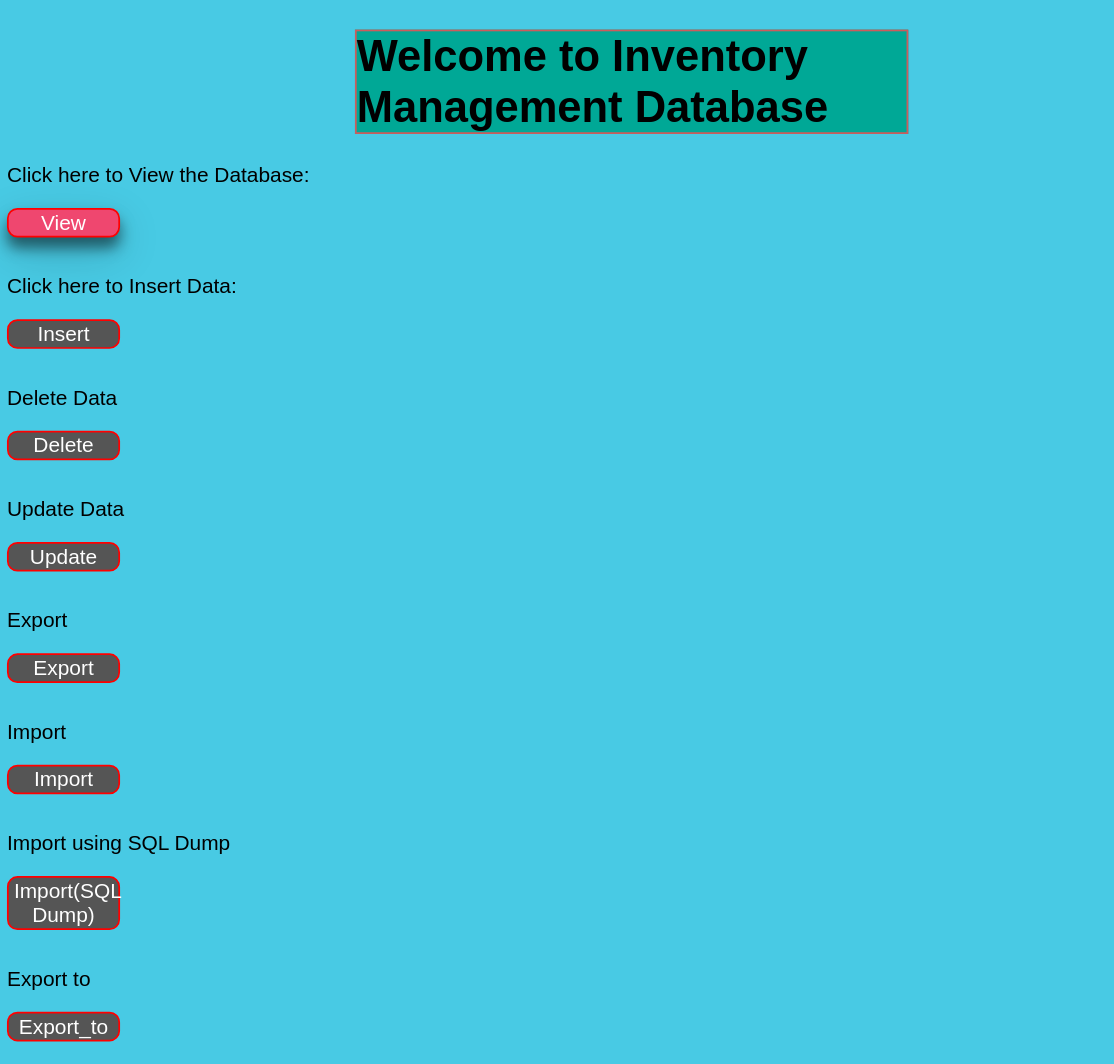
Repository: cyrusdwivedi2002/inventory-management-system
Page: DemoApp/src/main/webapp/Mainpage.html
These files come from the project's save history. The page is drawn as it stood at one moment and after the next save; the edit follows.
The browser window is 1280 px wide. The pictures show the whole page, at 87% of full size.
The pointer rests on the first visible `button`.
Some web fonts or font styles are not loaded; a fallback is used.

Above is the page before, as saved 2022-06-24 18:52:37.

After the next save:
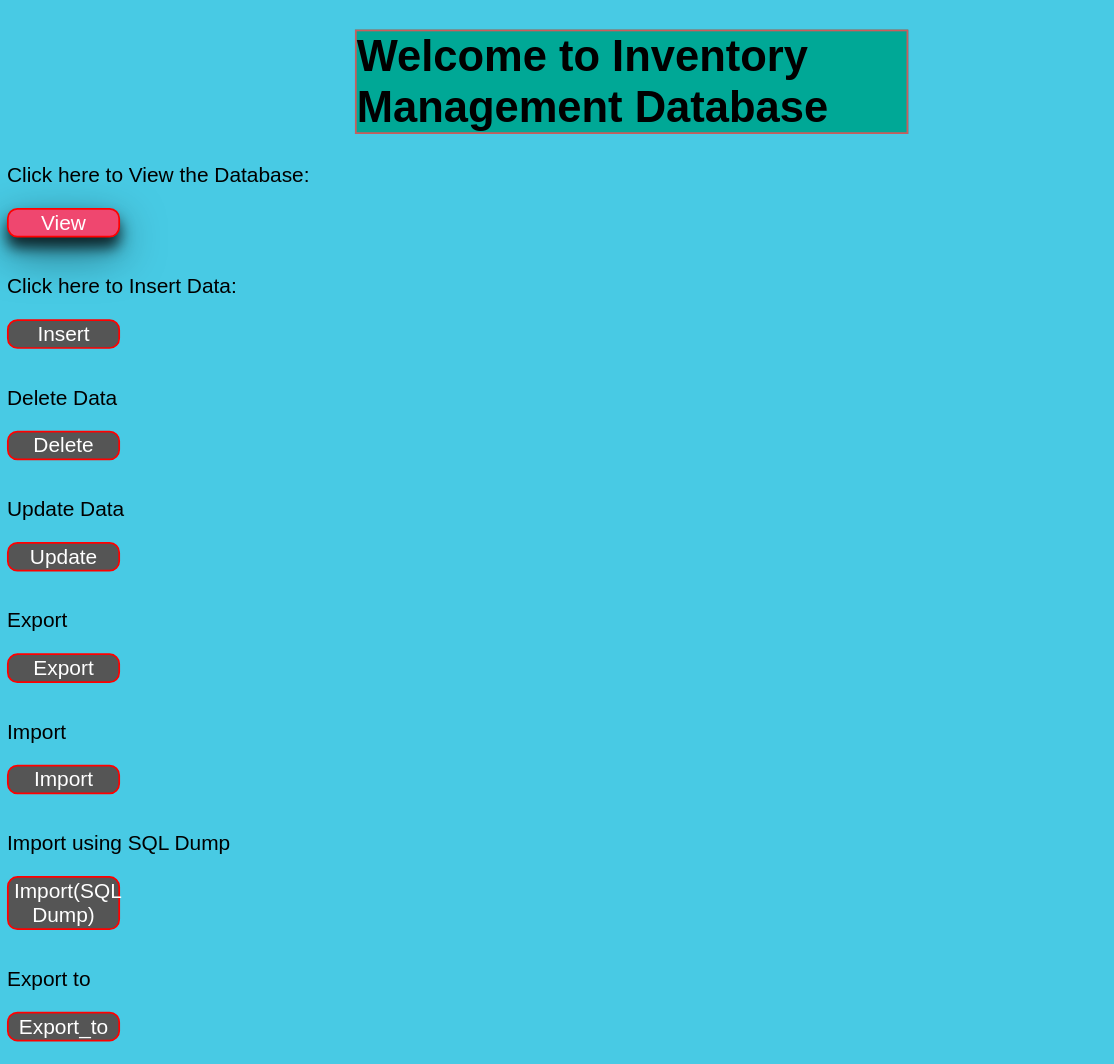
Saved 20 s later.
--- a/DemoApp/src/main/webapp/Mainpage.html
+++ b/DemoApp/src/main/webapp/Mainpage.html
@@ -34,7 +34,7 @@ border:2px solid red;
 button:hover{
 cursor:pointer;
 background-color:#ef476f;
-box-shadow: 0 12px 16px 0 rgba(0,0,0,0.50), 0 17px 50px 0 rgba(0,0,0,0.19);
+box-shadow: 0 12px 16px 0 rgba(0,0,0,0.75), 0 17px 50px 0 rgba(0,0,0,0.50);
 transition: all 0.4s;
 }
 button:active {
